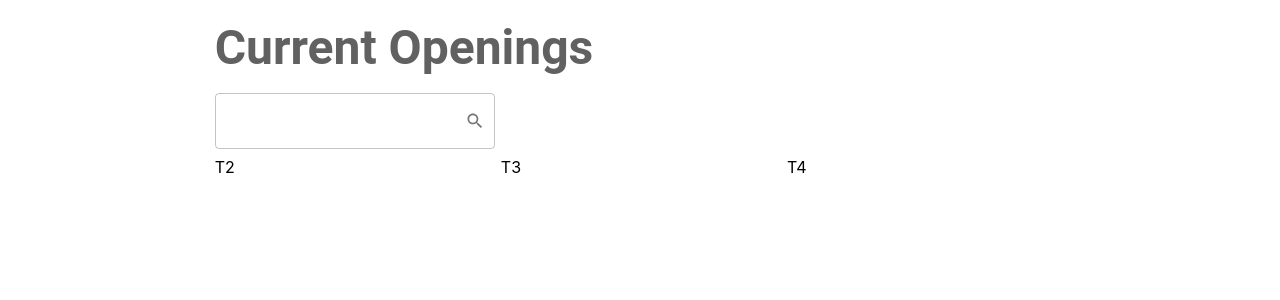
Repository: samihankuttan/technorix
Page: / (app in interview-test/)
The author's editor kept a copy of each file at every save. The page is drawn from the files as they stood at one save, then again after a run of saves.
The browser window is 1280 px wide. The pictures show the whole page.
The project was rebuilt for these pictures with package versions that can differ from the ones it lists, and the page was loaded fresh each time.

Above is the page before, as saved 2022-07-20 22:57:39.

### interview-test/src/App.js
import './App.css';
import * as React from 'react';
import {Box,Grid,Typography} from '@mui/material';


import InputBox from './components/InputBox';

function App() {
  const [values, setValues] = React.useState({
    searchInput: '',

  });




  return (
    <>
      <Box sx={{ flexGrow: 1 }}>
        <Grid container spacing={1}>
          <Grid item xs={12} sm={12} md={2} lg={2}></Grid>
          <Grid item xs={12} sm={12} md={8} lg={8}>
            <div style={{height:20}}>&nbsp;</div>
            <Grid container spacing={1}>
              <Grid item xs={12} sm={12} md={12} lg={12}>
                <Typography variant="h3" gutterBottom component="div" className='title1'>
                  Current Openings
                </Typography>
              </Grid>
            </Grid>

            <Grid container spacing={1}>
              <Grid item xs={12} sm={12} md={12} lg={12}>
               <InputBox
               id="search-input"
               type="text"
               label="Search Openings"
               value={values.searchInput}
               onChange={null}
               onClick={null}
               />
              </Grid>
              <Grid item xs={12} sm={12} md={12} lg={12}>
                <Grid container spacing={1}>
                  <Grid item xs={12} sm={12} md={4} lg={4}>
T2
                  </Grid>
                  <Grid item xs={12} sm={12} md={4} lg={4}>
T3
                  </Grid>
                  <Grid item xs={12} sm={12} md={4} lg={4}>
T4
                  </Grid>
                </Grid>
              </Grid>
            </Grid>


          </Grid>
          <Grid item xs={12} sm={12} md={2} lg={2}></Grid>
        </Grid>
      </Box>
    </>
  );
}

export default App;

### interview-test/src/App.css
.title1{
  letter-spacing: 1;
  font-weight: bold !important;
  color: #616161 !important;
}

### interview-test/src/components/InputBox.js
import * as React from 'react';
import IconButton from '@mui/material/IconButton';
import OutlinedInput from '@mui/material/OutlinedInput';
import InputAdornment from '@mui/material/InputAdornment';
import SearchIcon from '@mui/icons-material/Search';

export default function InputBox(props) {


    return (
        <>
            <OutlinedInput
                id={props.id}
                type={props.type}
                value={props.value}
                onChange={props.onChange}
                endAdornment={
                    <InputAdornment position="end">
                        <IconButton
                            aria-label="search button"
                            onClick={null}
                            edge="end"
                        >
                            <SearchIcon fontSize="small" />
                        </IconButton>
                    </InputAdornment>
                }
                label={props.label}
            />
        </>
    );
}

Loaded but not shown: interview-test/public/index.html (common file); interview-test/src/index.js (common file); interview-test/src/index.css (common file); interview-test/src/reportWebVitals.js (common file)

After the next 2 saves:
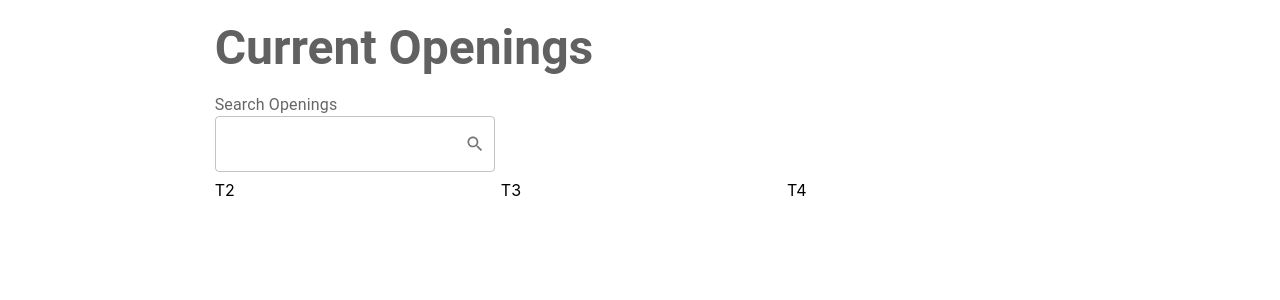
The 2 saves are shown as one change because 1 did not build or start.
The last was saved 2 min 2 s later.
--- a/interview-test/src/components/InputBox.js
+++ b/interview-test/src/components/InputBox.js
@@ -1,5 +1,6 @@
 import * as React from 'react';
 import IconButton from '@mui/material/IconButton';
+import InputLabel from '@mui/material/InputLabel';
 import OutlinedInput from '@mui/material/OutlinedInput';
 import InputAdornment from '@mui/material/InputAdornment';
 import SearchIcon from '@mui/icons-material/Search';
@@ -9,6 +10,7 @@
 
     return (
         <>
+        <InputLabel htmlFor={props.id}>{props.label}</InputLabel>
             <OutlinedInput
                 id={props.id}
                 type={props.type}

After the save that followed:
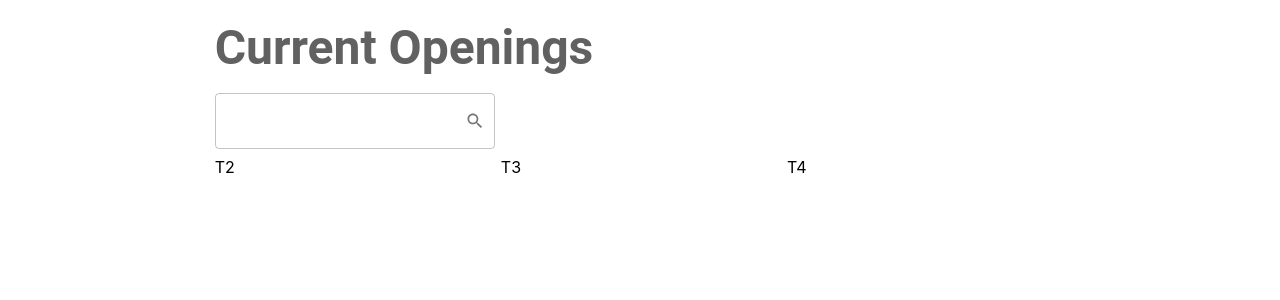
Saved 29 s later.
--- a/interview-test/src/components/InputBox.js
+++ b/interview-test/src/components/InputBox.js
@@ -10,7 +10,7 @@
 
     return (
         <>
-        <InputLabel htmlFor={props.id}>{props.label}</InputLabel>
+        {/* <InputLabel htmlFor={props.id}>{props.label}</InputLabel> */}
             <OutlinedInput
                 id={props.id}
                 type={props.type}
@@ -27,7 +27,7 @@
                         </IconButton>
                     </InputAdornment>
                 }
-                label={props.label}
+                // label={props.label}
             />
         </>
     );
